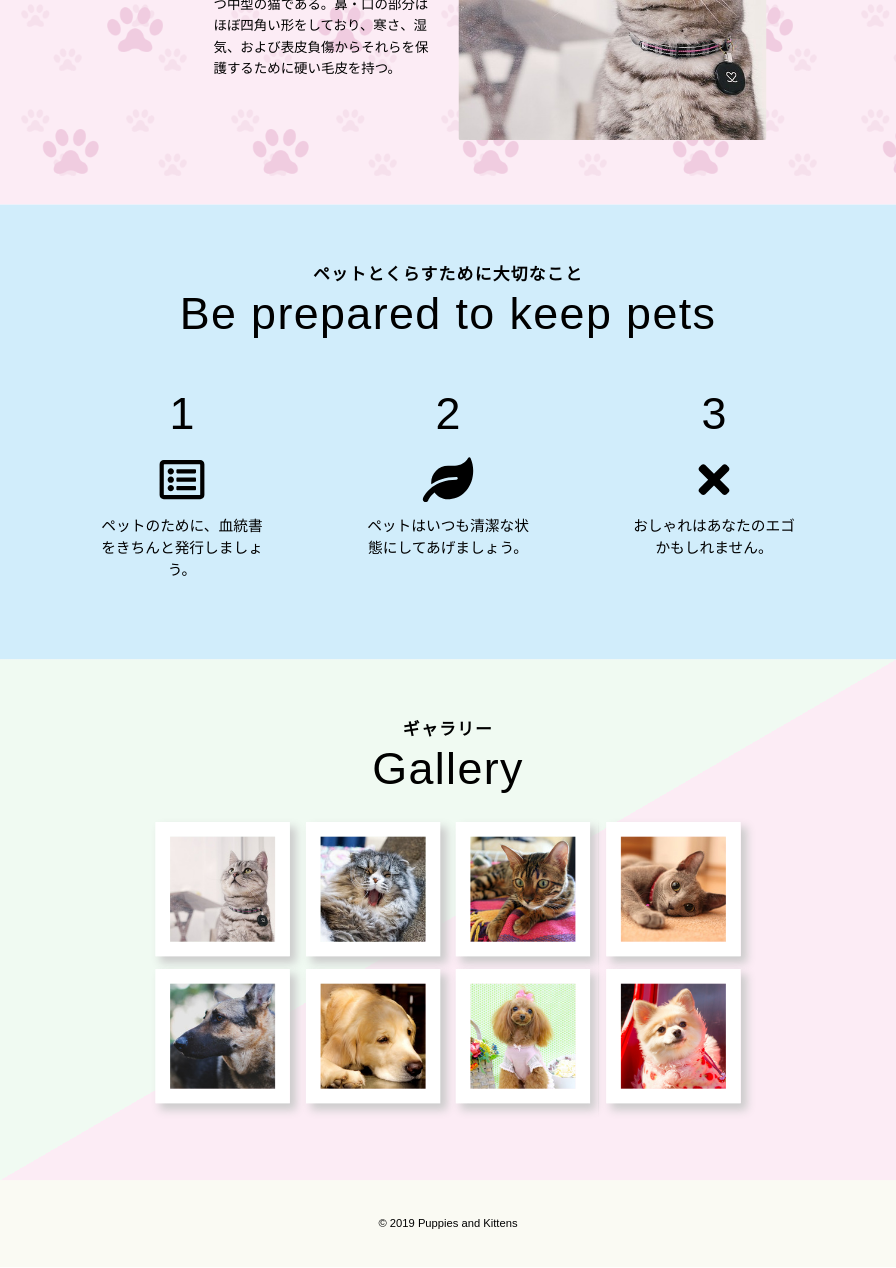
Repository: toshikiki/practice
Page: add-api/rich-site/index.html
The author's editor kept a record of every edit. The page is drawn from the files as they stood at one moment, then again after the next edit.
The browser window is 1280 px wide. The pictures show the part of the page from y = 1955 to 3875 px (the page is 3766 px tall before and 3875 px after), at 70% of full size.
A picture or video elsewhere on the page could not be fetched, so the positions and the page height are approximate. Some web fonts or font styles are not loaded; a fallback is used.

Above is the page before.
Console error: ReferenceError: parameters is not defined

After the next edit:
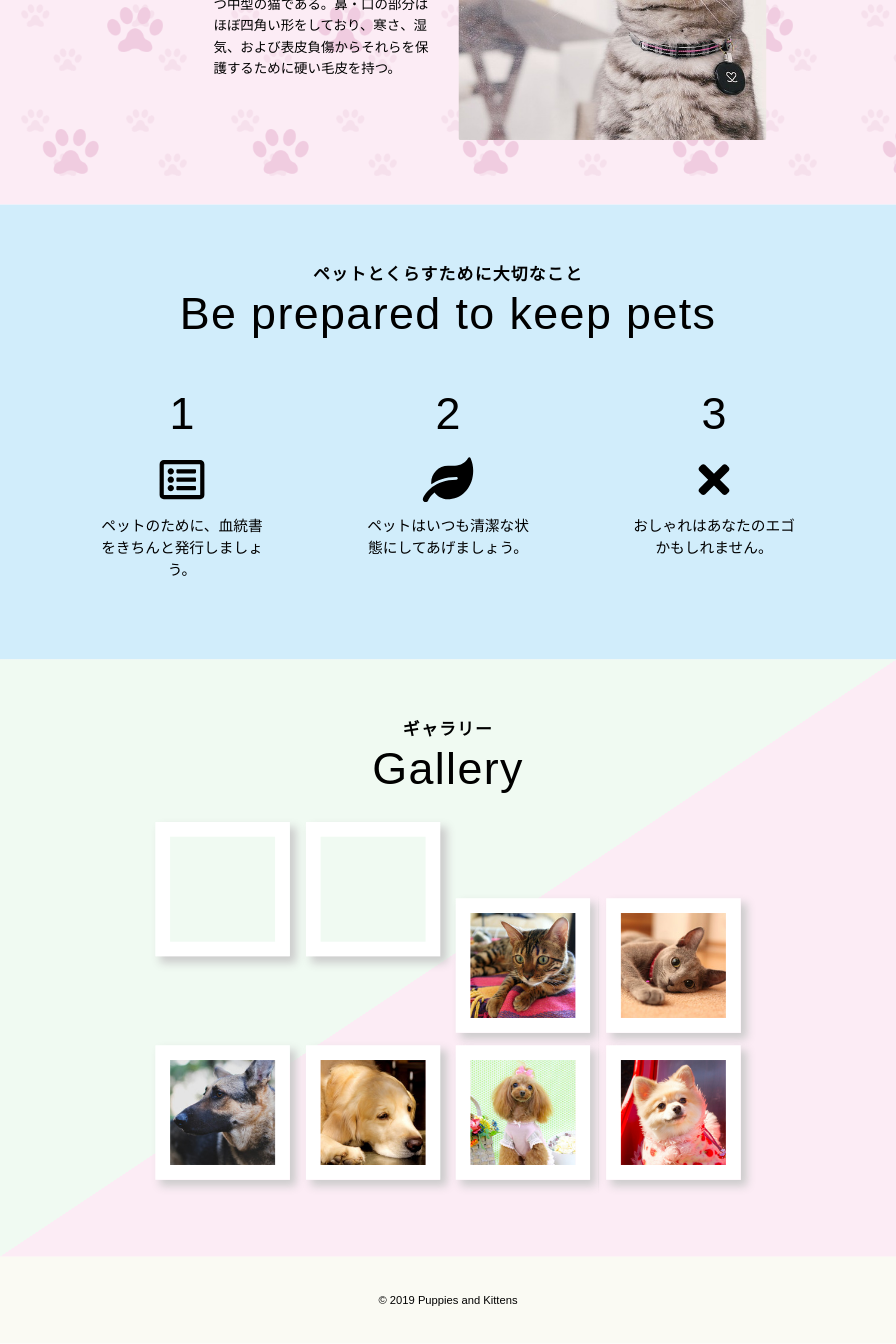
The edit:
--- a/add-api/rich-site/index.html
+++ b/add-api/rich-site/index.html
@@ -338,14 +338,10 @@
     <div class="image-gallery animated">
        <div class="main">
       <div class="image-gallery__item">
-        <a class="d-inline-block" href="img/kitten1.jpg">
-          <img class="img-fluid" src="img/gallery-thumbnail/kitten1.jpg" width="150" height="150" alt="シェパード">
-        </a>
-      </div>
-      <div class="image-gallery__item">
-        <a class="d-inline-block" href="img/kitten2.jpg">
-          <img class="img-fluid" src="img/gallery-thumbnail/kitten2.jpg" width="150" height="150" alt="レトリバー">
-        </a>
+
+      </div>
+      <div class="image-gallery__item">
+
       </div>
       <div class="image-gallery__item">
         <a class="d-inline-block" href="img/kitten3.jpg">
